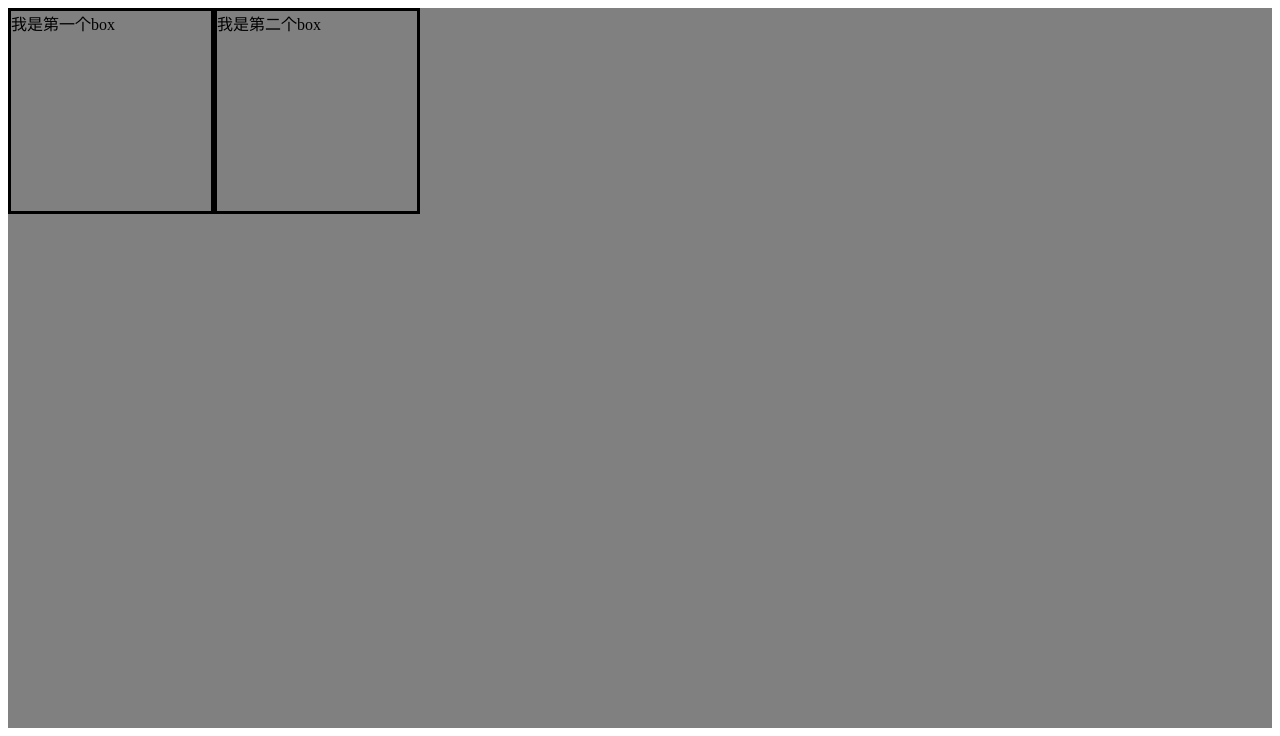
Repository: nanfengovo/CSS
Page: heightandwidth.html
An editor plug-in stored every save of this project. The page is shown before and after the next save, followed by the edit.
The browser window is 1280 px wide. The pictures show the whole page.

Above is the page before, as saved 2025-01-01 11:05:13.

### heightandwidth.html
<!DOCTYPE html>
<html lang="en">
<head>
    <meta charset="UTF-8">
    <meta name="viewport" content="width=device-width, initial-scale=1.0">
    <title>height width </title>
    <style>
        .container{
            height: 100vh;
            background-color: gray;
        }
        .box{
            width: 200px;
            height: 200px;
            border: 3px solid #000;
            float: left;
        }
    </style>
</head>
<body>
    <div class="container">
        <div class="box">我是第一个box</div>
        <div class="box">我是第二个box</div>
    </div>
</body>
</html>

After the next save:
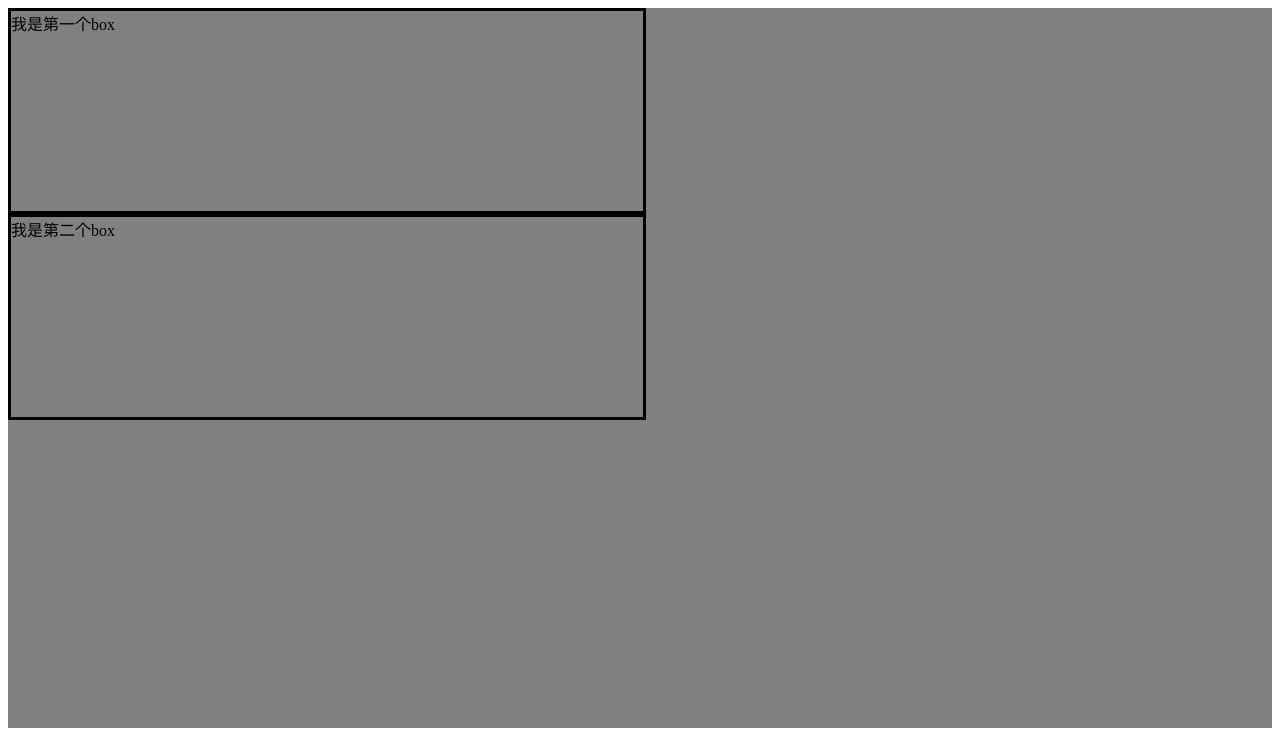
Saved 23 s later.
--- a/heightandwidth.html
+++ b/heightandwidth.html
@@ -10,7 +10,7 @@
             background-color: gray;
         }
         .box{
-            width: 200px;
+            width: 50%;
             height: 200px;
             border: 3px solid #000;
             float: left;
